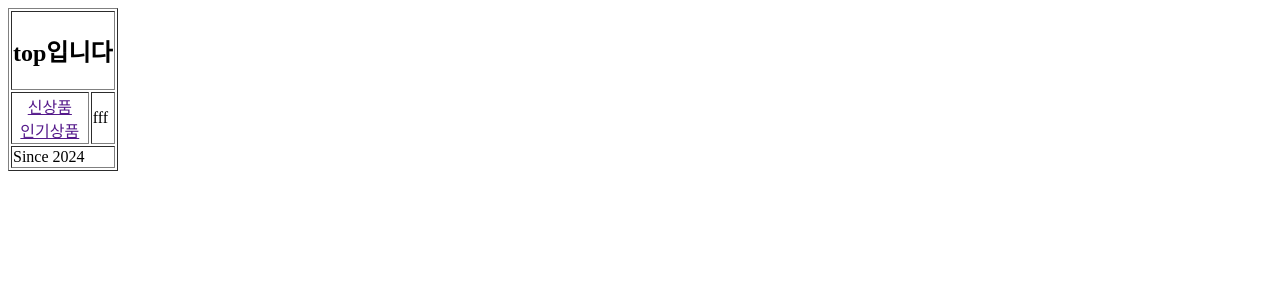
Repository: BancaKim/teamproject4
Page: http://localhost/JspDay3/Template/template.jsp
The author's editor kept a copy of each file at every save. The page is drawn from the files as they stood at one save, then again after the next save.
The browser window is 1280 px wide. The pictures show the whole page.
The page is served by Tomcat 9.

Above is the page before, as saved 2024-05-02 03:24:19.

After the next save:
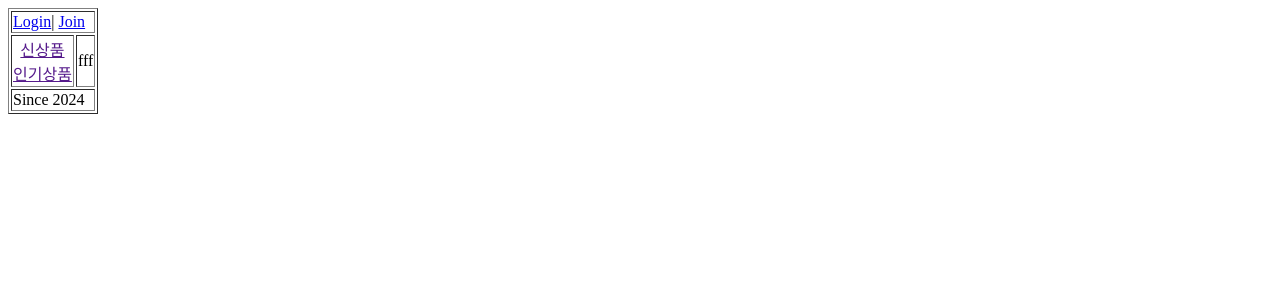
Saved 34 s later.
--- a/JspDay3/src/main/webapp/Template/top.jsp
+++ b/JspDay3/src/main/webapp/Template/top.jsp
@@ -7,6 +7,7 @@
 <title>Insert title here</title>
 </head>
 <body>
-<h2>top입니다</h2>
+<a href="#">Login</a>|
+<a href="#">Join</a>
 </body>
 </html>
